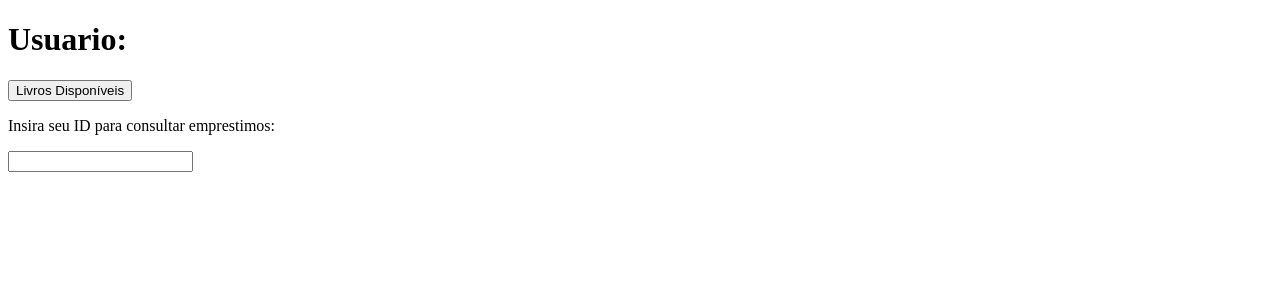
Repository: lmsmorais/ProjectEpiousion
Page: http://localhost/LibraryProject/jsp/usuarioNormal.jsp
These files come from the project's save history. The page is drawn as it stood at one moment and after the next save; the edit follows.
The browser window is 1280 px wide. The pictures show the whole page.
The page is served by Tomcat 9.

Above is the page before, as saved 2020-11-12 22:05:12.

After the next save:
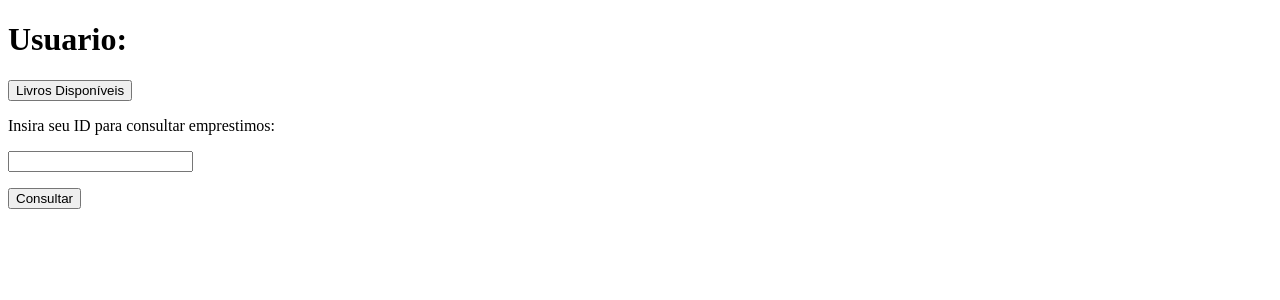
Saved 105 s later.
--- a/LibraryProject/WebContent/jsp/usuarioNormal.jsp
+++ b/LibraryProject/WebContent/jsp/usuarioNormal.jsp
@@ -15,6 +15,8 @@
 		Insira seu ID para consultar emprestimos:
 		<p>
 		<input type="text" name="idUsuario"/>
+		<p>
+		<input type="submit" value="Consultar"/>
 	</form>
 </body>
 </html>
